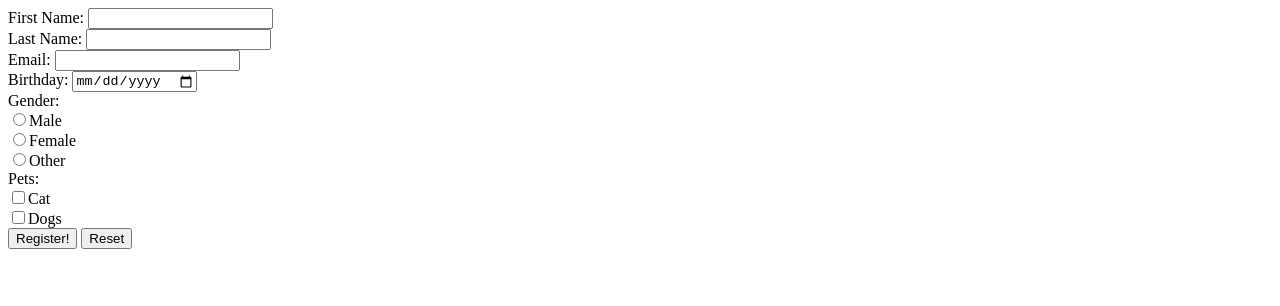
Repository: rileymeye1/ZTM
Page: register.html
An editor plug-in stored every save of this project. The page is shown before and after the next save, followed by the edit.
The browser window is 1280 px wide. The pictures show the whole page.

Above is the page before, as saved 2024-08-17 22:24:34.

After the next save:
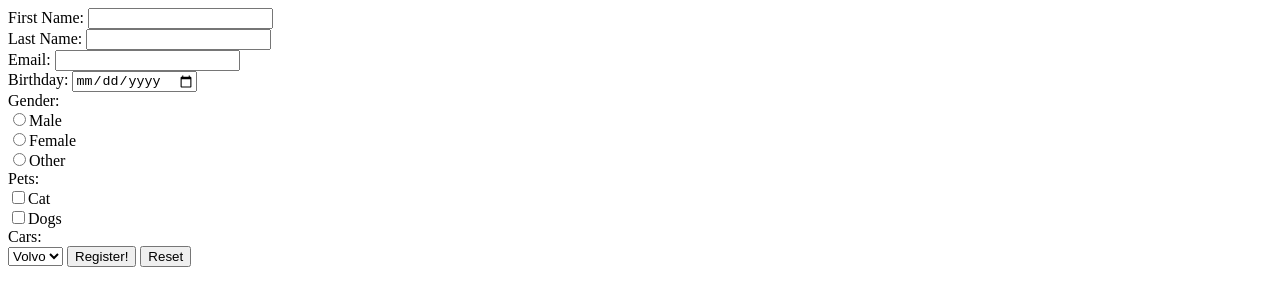
Saved 101 s later.
--- a/register.html
+++ b/register.html
@@ -18,6 +18,11 @@
       Pets:<br>
       <input type="checkbox">Cat<br>
       <input type="checkbox">Dogs<br>
+      Cars:<br>
+      <select>
+        <option value="volvo">Volvo</option>
+        <option value="Audi">Audi</option>
+      </select>
       <input type="submit" value="Register!">
       <input type="reset">
     </form>
